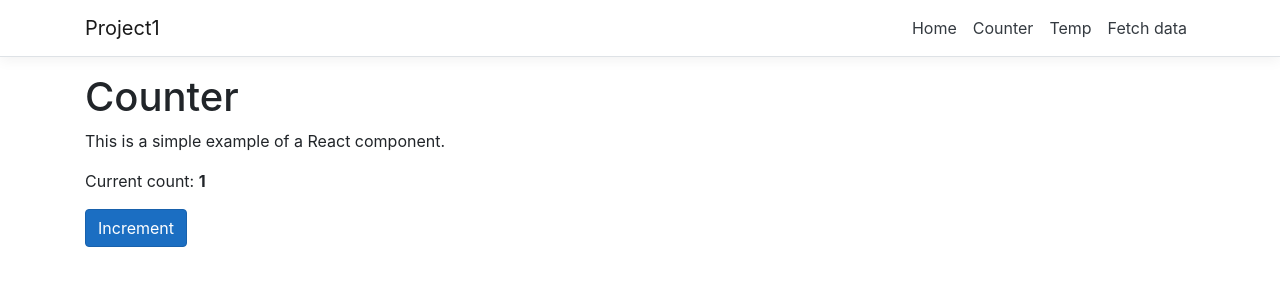
Repository: TownTowner/Hotel
Page: /Temp (app in Hotel/ClientApp/)
The author's editor kept a copy of each file at every save. The page is drawn from the files as they stood at one save, then again after the next save.
The browser window is 1280 px wide. The pictures show the whole page.
The project was rebuilt for these pictures with package versions that can differ from the ones it lists, and the page was loaded fresh each time. Also part of the build but not shown: Hotel/ClientApp/src/components/Home.js, Hotel/ClientApp/src/components/FetchData.js, Hotel/ClientApp/src/components/Counter.js.

Above is the page before, as saved 2023-03-25 21:47:58.

After the next save:
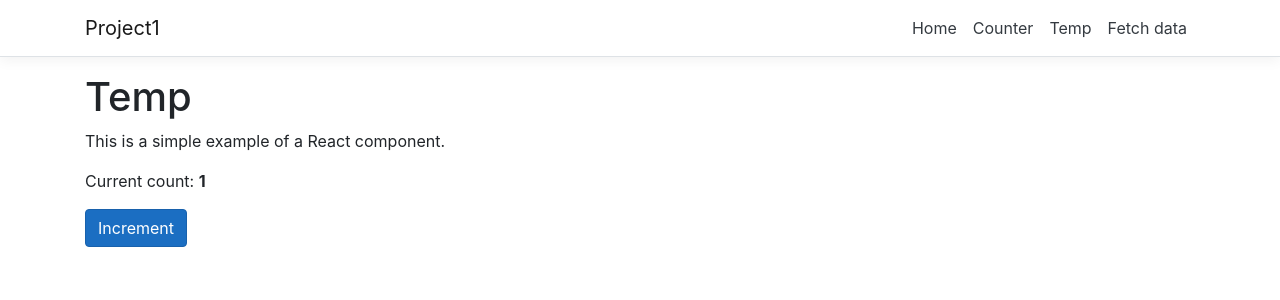
Saved 32 s later.
--- a/Hotel/ClientApp/src/components/temp/temp.tsx
+++ b/Hotel/ClientApp/src/components/temp/temp.tsx
@@ -21,7 +21,7 @@ export class Temp extends Component {
   render() {
     return (
       <div>
-        <h1>Counter</h1>
+        <h1>Temp</h1>
 
         <p>This is a simple example of a React component.</p>
 
